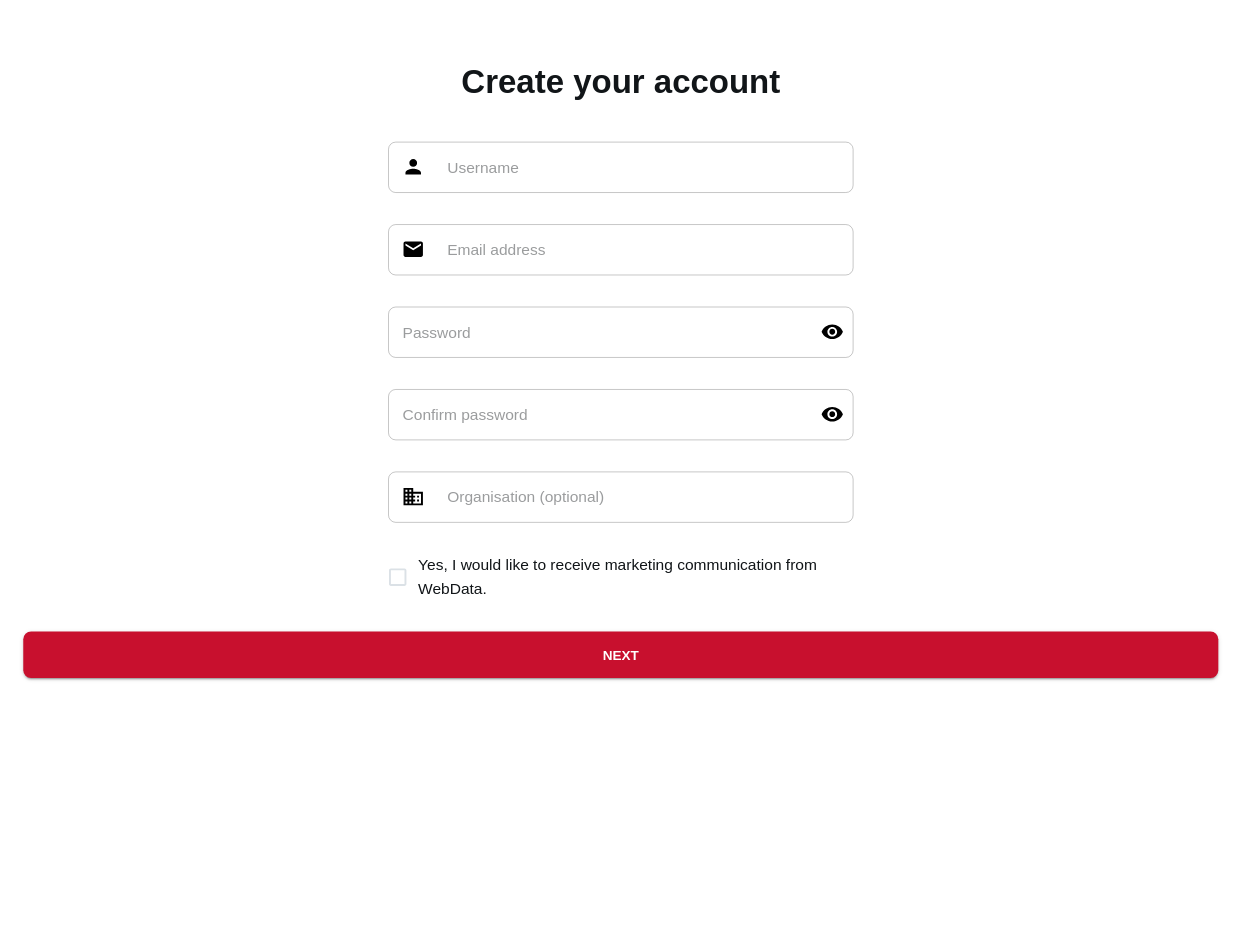
Repository: Pascal-Ahmadu/Tender-download-system
Page: /register (app in frontend/)
An editor plug-in stored every save of this project. The page is shown before and after the next save, followed by the edit.
The browser window is 1280 px wide. The pictures show the whole page, at 97% of full size.
The page's requests for data from a server got no answer. Some web fonts or font styles are not loaded; a fallback is used. The project was rebuilt for these pictures with package versions that can differ from the ones it lists, and the page was loaded fresh each time. No one was signed in, and anything a server would have sent is missing. Also part of the build but not shown: frontend/vite.config.js, frontend/src/components/pages/LoginPage.jsx.

Above is the page before, as saved 2024-07-31 08:38:02.

After the next save:
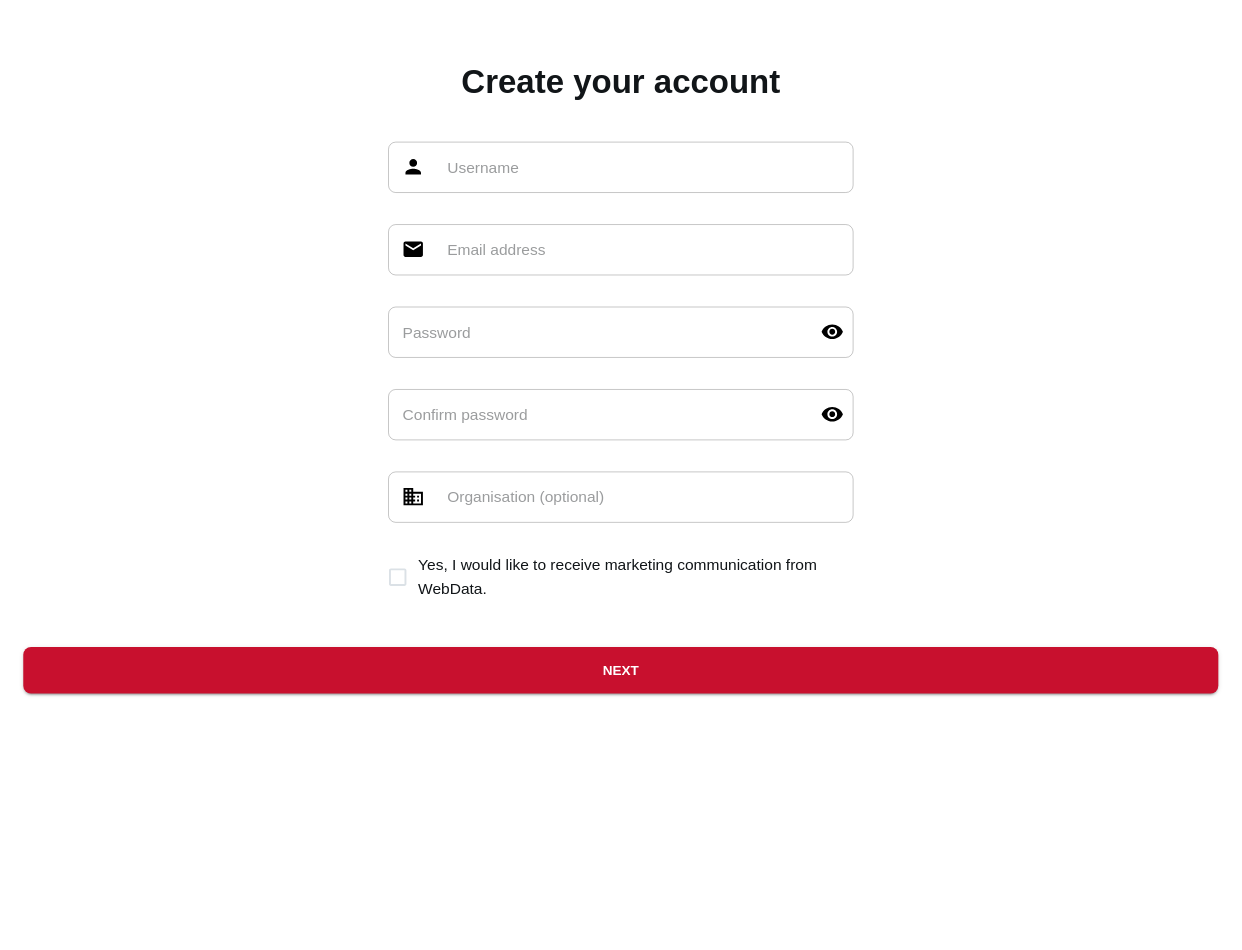
Saved 24 s later.
--- a/frontend/src/components/pages/RegistrationPage.jsx
+++ b/frontend/src/components/pages/RegistrationPage.jsx
@@ -372,7 +372,6 @@ function SignupForm() {
             fontWeight: "bold",
             borderRadius: 2,
             py: 1.5, // Adjust vertical padding for height
-            mt: -2, // Reduced margin top for spacing
             mb: 30,
             width: "100%", // Ensure button width is 100% of container width
             boxSizing: "border-box", // Ensure padding is included in width
